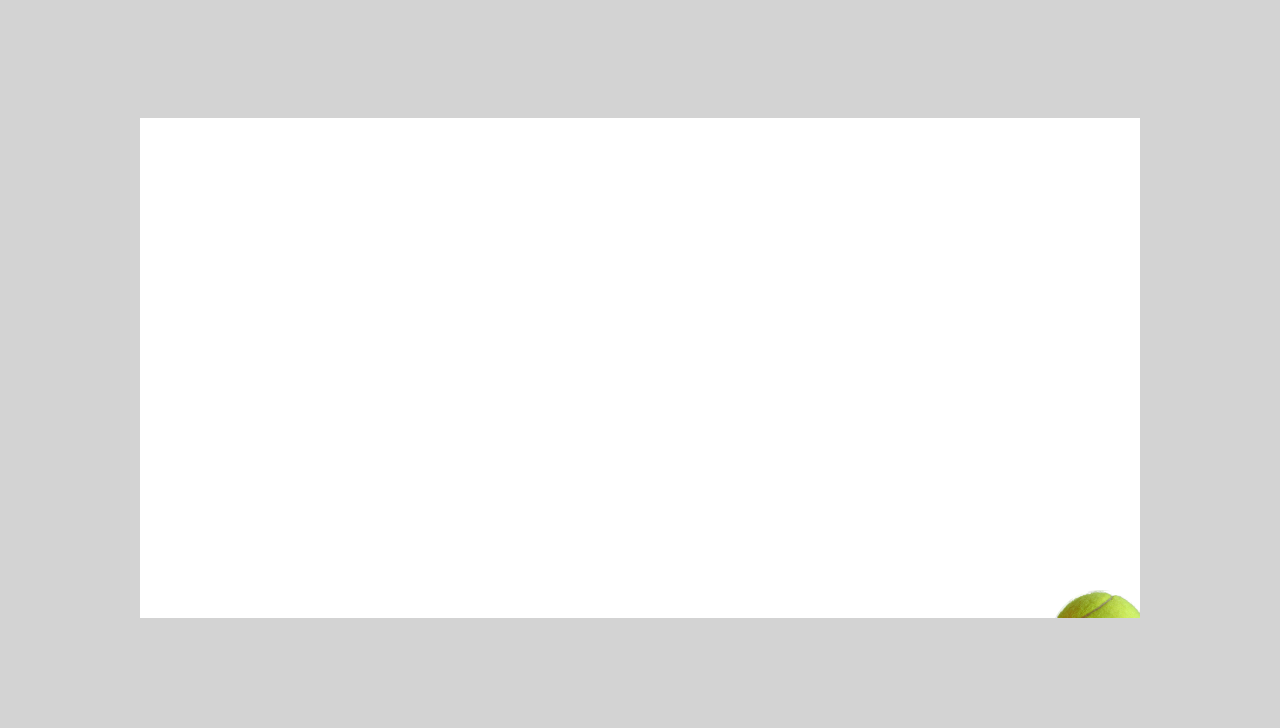
Repository: fbansept/ran4_24
Page: index.html
The author's editor kept a copy of each file at every save. The page is drawn from the files as they stood at one save, then again after a run of saves.
The browser window is 1280 px wide. The pictures show the whole page.

Above is the page before, as saved 2024-11-04 15:34:04.

After the next 3 saves:
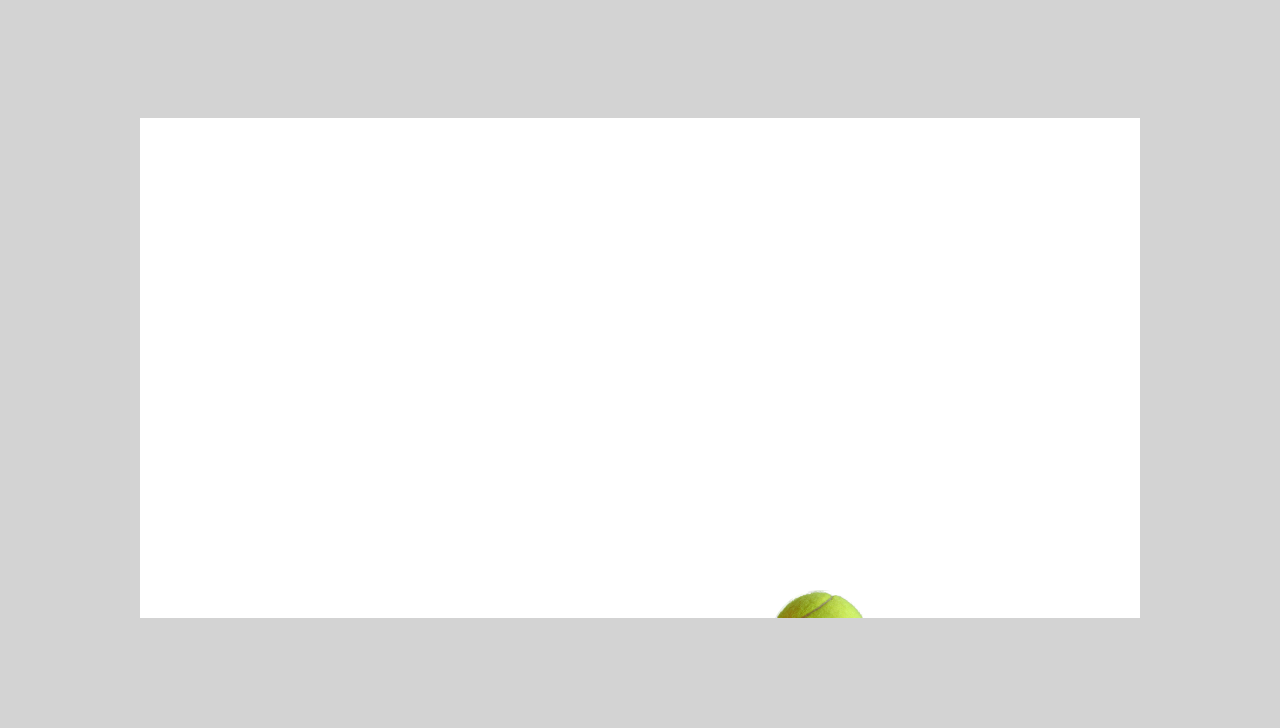
The 3 saves are shown as one change because they came seconds apart.
The last was saved 22 s later.
--- a/script.js
+++ b/script.js
@@ -5,7 +5,7 @@
   balle.style.left = positionBalleX + "px";
   balle.style.top = positionBalleY + "px";
 
-  if (positionBalleX >= 970 || positionBalleX < 0) {
+  if (positionBalleX >= largeurScene - largeurBalle || positionBalleX < 0) {
     vitesseBalleX = -vitesseBalleX;
   }
 
